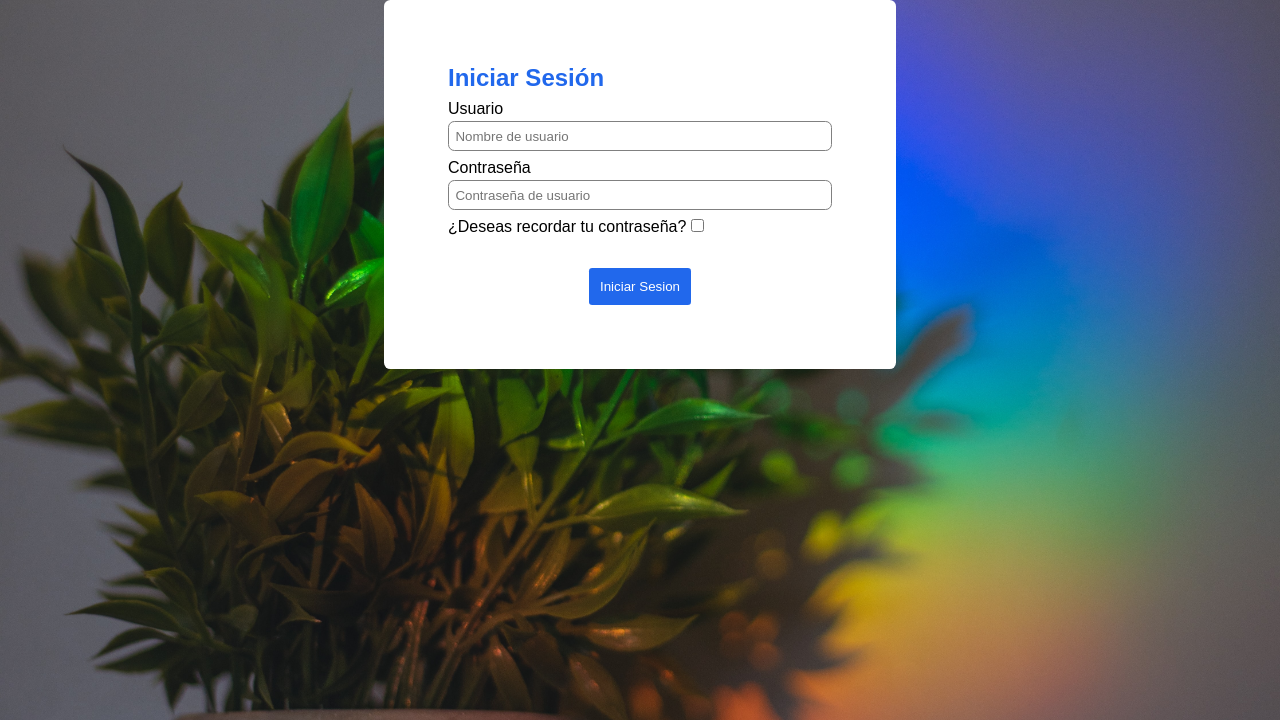
Repository: TzMichaelYT/ModuloHTMLCSS
Page: formularioHTML/index.html
An editor plug-in stored every save of this project. The page is shown before and after the next save, followed by the edit.
The browser window is 1280 px wide. The pictures show the whole page.

Above is the page before, as saved 2021-07-14 20:59:40.

### formularioHTML/index.html
<!DOCTYPE html>
<html lang="es">
  <head>
    <meta charset="UTF-8" />
    <meta http-equiv="X-UA-Compatible" content="IE=edge" />
    <meta name="viewport" content="width=device-width, initial-scale=1.0" />
    <title>Iniciar Sesion</title>

    <!-- Estilos CSS -->
    <link rel="stylesheet" href="./styles/styles.css">

  </head>
  <body class="bg-matica">
    <!-- Seccion login -->
    <section class="screen-form">
      <!-- Contenedor del formulario -->
      <div class="bg-white form-container">
        <form>
          <!-- Contenedor del titulo -->
          <div>
            <h1 class="header-color">Iniciar Sesi&oacute;n</h1>
          </div>

          <!-- Inputs de inicio de sesion-->
          <div class="input-container">
            <label for="usuario">Usuario</label>
            <input type="text" id="usuario" placeholder="Nombre de usuario" />
          </div>

          <div class="input-container">
            <label for="password">Contraseña</label>
            <input
              type="password"
              id="password"
              placeholder="Contraseña de usuario"
            />
          </div>

          <div class="checkbox-container">
            <label for="check">¿Deseas recordar tu contraseña?</label>
            <input type="checkbox" id="check" />
          </div>

          <div class="btn-login-container">
              <button type="submit">Iniciar Sesion</button>
          </div>
        </form>
      </div>
    </section>
  </body>
</html>

### formularioHTML/styles/styles.css
/*Estilos Genarales*/
* {
    font-family: Arial, Helvetica, sans-serif;
    margin: 0;
}

/* Color del titulo */
.header-color {
    color: #2168ec;
}

/* Imagen de fondo */
.bg-matica {
    background-image: url('../img/matica.jpg');
    background-size: cover;
    background-repeat: no-repeat;
    background-position-y: 40%;
}
/* contendedor formulario */

.bg-white {
    background-color: #fff;
}

.form-container {
    padding: 4rem;
    width: 30%; /* tamaño del formulario */
    border-radius: 0.4rem;
    /*display: flex;
    justify-content: center;
    flex-direction: column;*/
}

/* contenedores de inputs */
.input-container {
    margin-top: 0.5rem;
    display: flex;
    flex-direction: column;
}

.input-container input {
    border-radius: 0.4rem;
    border: solid 0.1rem gray;
    padding: 0.4rem;
    margin-top: 0.2rem;
}

.checkbox-container {
    margin-top: 0.5rem;
}

/* estilos de botones */
.btn-login-container {
    margin-top: 2rem;
    display: flex;
    justify-content: center;
}

.btn-login-container button {
    padding: 0.7rem;
    background-color: #2168ec;
    border: 0;
    border-radius: 0.2rem;
    color: #fff;
    transition: background-color 0.5s;
    transition: padding 0.5s;
}

.btn-login-container button:hover {
    background-color: green;
    padding: 1rem;
}

/*Alineacion Formulario*/
.screen-form {
    display: flex;
    justify-content: center;
    align-items: center;
}

After the next save:
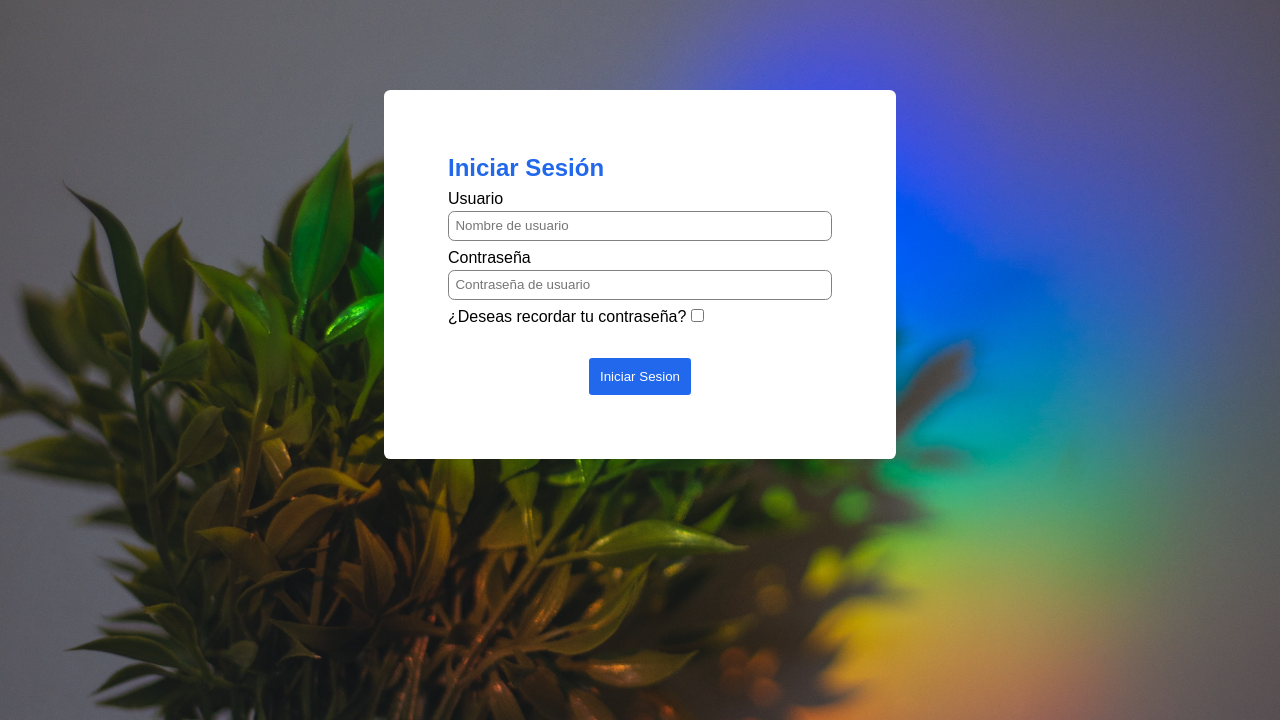
Saved 30 s later.
--- a/formularioHTML/styles/styles.css
+++ b/formularioHTML/styles/styles.css
@@ -75,5 +75,5 @@
 .screen-form {
     display: flex;
     justify-content: center;
-    align-items: center;
+    margin-top: 7%;
 }
